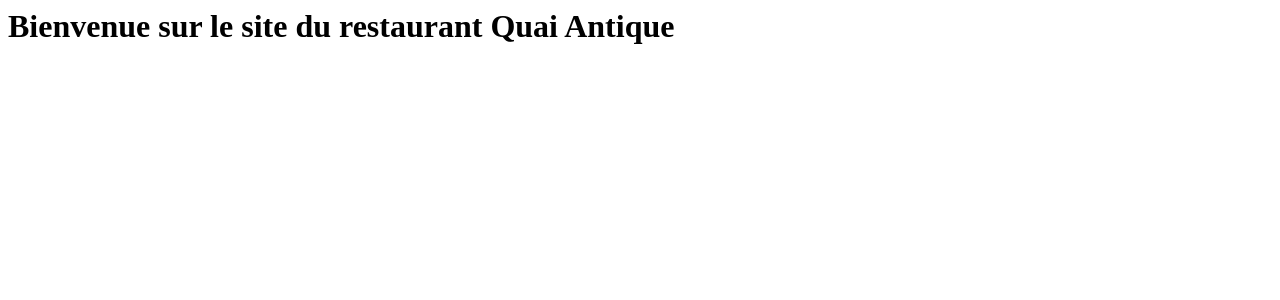
Repository: lemonhao9/QuaiAntiqueRestaurantFront
Page: pages/home.html
An editor plug-in stored every save of this project. The page is shown before and after the next save, followed by the edit.
The browser window is 1280 px wide. The pictures show the whole page.

Above is the page before, as saved 2025-01-21 15:51:45.

After the next save:
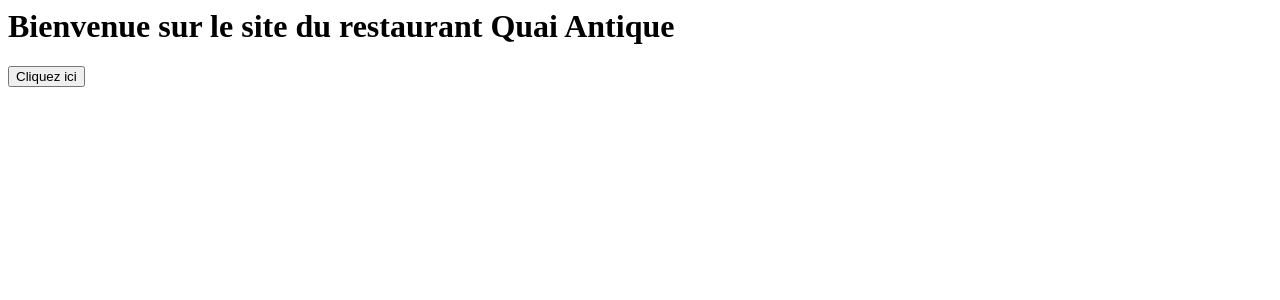
Saved 22 s later.
--- a/pages/home.html
+++ b/pages/home.html
@@ -1 +1,3 @@
 <h1>Bienvenue sur le site du restaurant Quai Antique</h1>
+
+<button class="btn btn-primary">Cliquez ici</button>

After the save that followed:
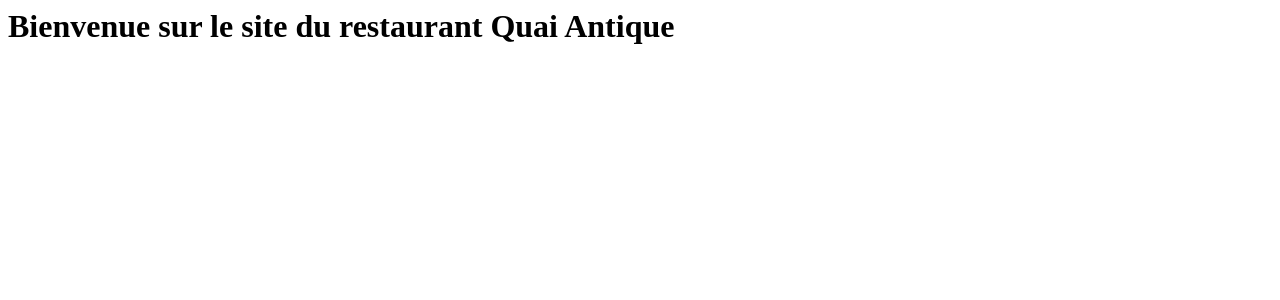
Saved 2 min 4 s later.
--- a/pages/home.html
+++ b/pages/home.html
@@ -1,3 +1 @@
 <h1>Bienvenue sur le site du restaurant Quai Antique</h1>
-
-<button class="btn btn-primary">Cliquez ici</button>
